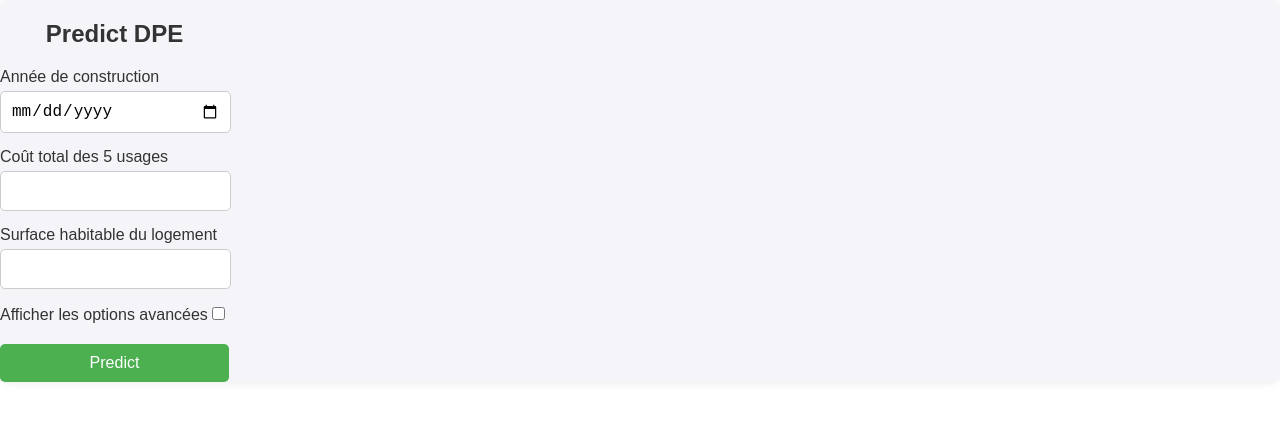
Repository: abdouAppcraft/Predict-DPE
Page: /
The author's editor kept a copy of each file at every save. The page is drawn from the files as they stood at one save, then again after the next save.
The browser window is 1280 px wide. The pictures show the whole page.
The page's requests for data from a server got no answer. The project was rebuilt for these pictures with package versions that can differ from the ones it lists, and the page was loaded fresh each time. No one was signed in, and anything a server would have sent is missing. Also part of the build but not shown: src/screens/Result/Result.tsx.

Above is the page before, as saved 2024-06-11 17:06:07.

After the next save:
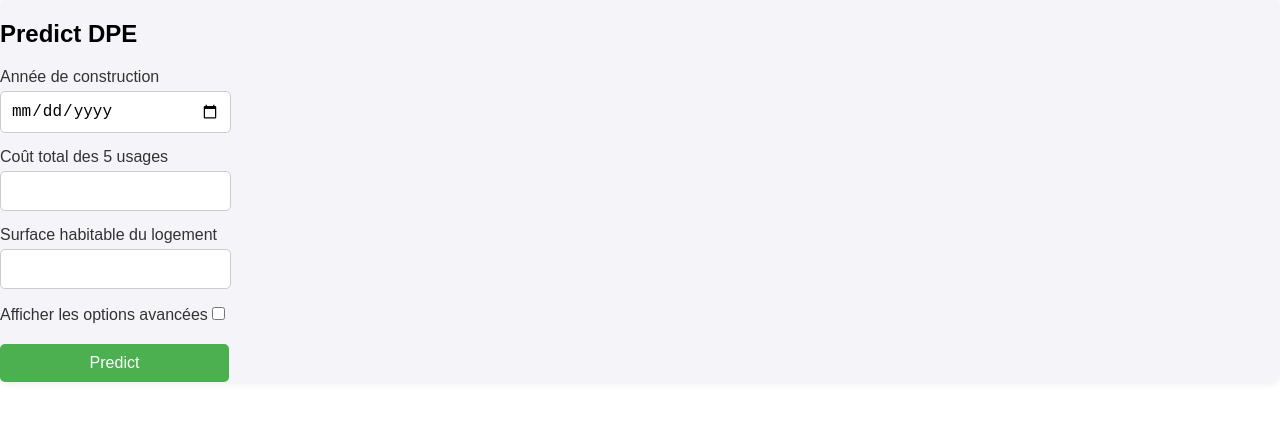
Saved 18 s later.
--- a/src/screens/PredictForm/PredictForm.css
+++ b/src/screens/PredictForm/PredictForm.css
@@ -6,12 +6,14 @@
     font-family: Arial, sans-serif;
     display: flex;
     gap: 1rem
+
+    h1 {
+        text-align: center;
+        color: #333;
+    }
 }
 
-.predict-form h1 {
-    text-align: center;
-    color: #333;
-}
+.predict-form
 
 .form-group {
     margin-bottom: 15px;

After the save that followed:
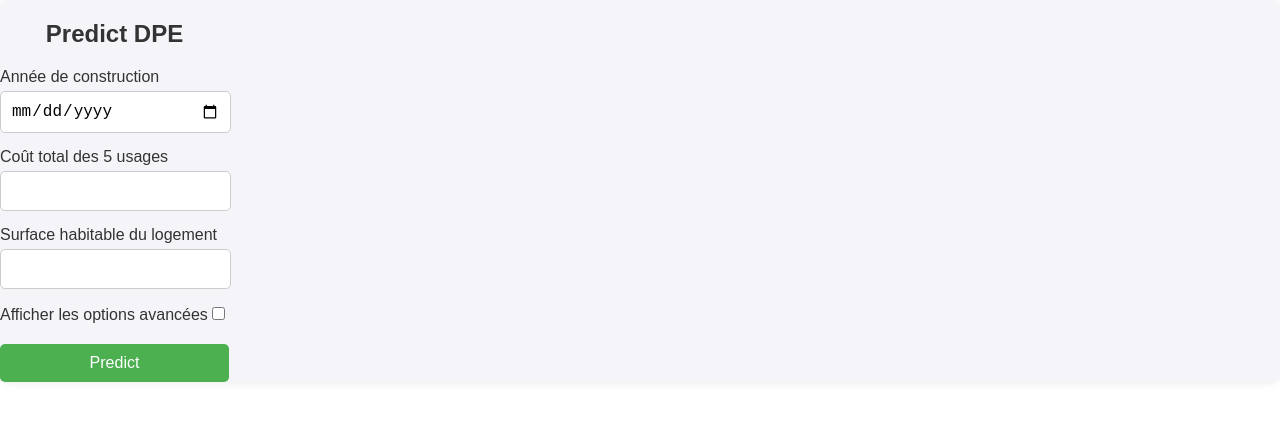
Saved 12 s later.
--- a/src/screens/PredictForm/PredictForm.css
+++ b/src/screens/PredictForm/PredictForm.css
@@ -5,12 +5,14 @@
     box-shadow: 0 0 10px rgba(0, 0, 0, 0.1);
     font-family: Arial, sans-serif;
     display: flex;
-    gap: 1rem
+    gap: 1rem;
 
     h1 {
         text-align: center;
         color: #333;
     }
+
+
 }
 
 .predict-form
